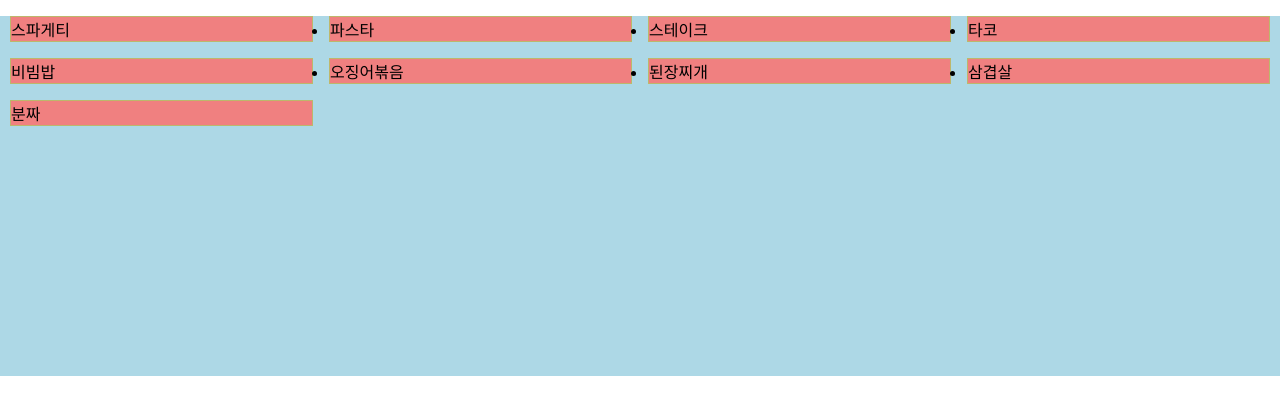
Repository: YEOMJINSEOP/playground
Page: / (app in practicegrid/)
An editor plug-in stored every save of this project. The page is shown before and after the next save, followed by the edit.
The browser window is 1280 px wide. The pictures show the whole page.
The project was rebuilt for these pictures with package versions that can differ from the ones it lists, and the page was loaded fresh each time.

Above is the page before, as saved 2022-11-01 17:31:48.

After the next save:
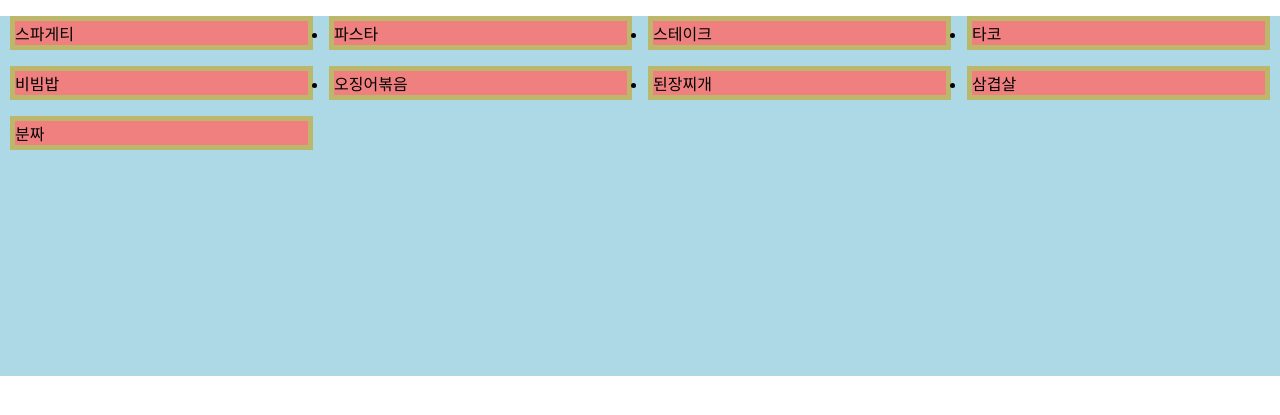
Saved 4 s later.
--- a/practicegrid/src/App.css
+++ b/practicegrid/src/App.css
@@ -16,5 +16,5 @@ ul{
 
 li{
   background-color: lightcoral;
-  border: 1px solid darkkhaki;
+  border: 5px solid darkkhaki;
 }
